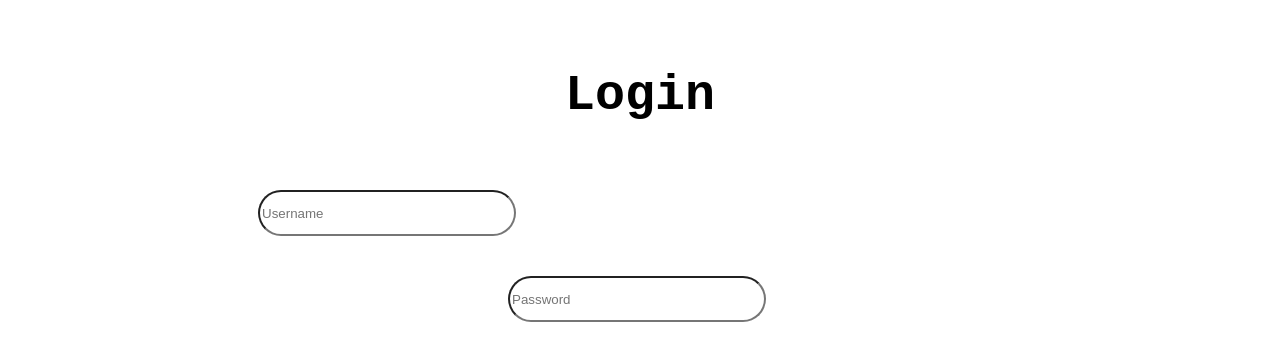
Repository: yhung004/TUTORIAL_PAGE
Page: log_in.html
These files come from the project's save history. The page is drawn as it stood at one moment and after the next save; the edit follows.
The browser window is 1280 px wide. The pictures show the whole page.

Above is the page before, as saved 2024-04-10 12:16:38.

### log_in.html
<!DOCTYPE html>
<html lang="en">
<head>
    <meta charset="UTF-8">
    <meta name="viewport" content="width=device-width, initial-scale=1.0">
    <title>Login</title>
    <link rel="stylesheet" href="main.css">
</head>
<body>
    <h4 class="login">Login</h4>
    <input type="text" placeholder="Username" class="username"> <br>
    <input type="text" placeholder="Password" class="password">
</body>
</html>

### main.css
.welcome{
    text-align: center;
    font-family: 'Courier New', Courier, monospace;
    font-size: 30px;
    margin-top: 80px;
}
.welcome_text {
    margin-top: 20px;
    text-align:center;
    font-family: 'Courier New', Courier, monospace;
    font-size: 30px;
}
.button_a {
    position: relative;
    left: 580px;
    border: 1px solid black;
    background-color:white;
    border-radius: 30px;
    font-size: 40px;
    padding: 2px 18px 2px 18px;
    margin-top: 20px;
}
.button_b {
    position: relative;
    right: -600px;
    border : 1px solid black;
    border-radius: 40px;
    background-color: rgb(63, 60, 60);
    color:white;
    font-size: 40px;
    padding: 2px 7px 2px 7px;
    margin-top: 20px;
}
a.button_b1 {
    text-decoration: none;
    color:white;
}
a.button_a1 {
    text-decoration:none;
    color:black;
}
.login {
    text-align:center;
    font-size: 50px;
    font-family: monospace;
}
.username {
    position: relative;
    border-radius: 30px;
    left: 250px;
    width: 250px;
    height: 40px;
}
.password {
    position: relative;
    border-radius: 30px;
    left: 500px;
    width: 250px;
    height: 40px;
    margin-top: 40px;
}

After the next save:
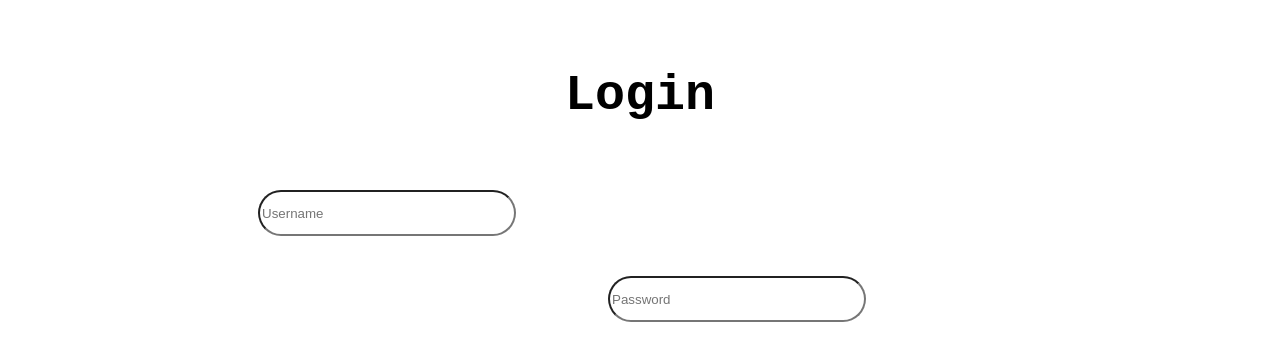
Saved 9 s later.
--- a/main.css
+++ b/main.css
@@ -54,7 +54,7 @@ a.button_a1 {
 .password {
     position: relative;
     border-radius: 30px;
-    left: 500px;
+    left: 600px;
     width: 250px;
     height: 40px;
     margin-top: 40px;
